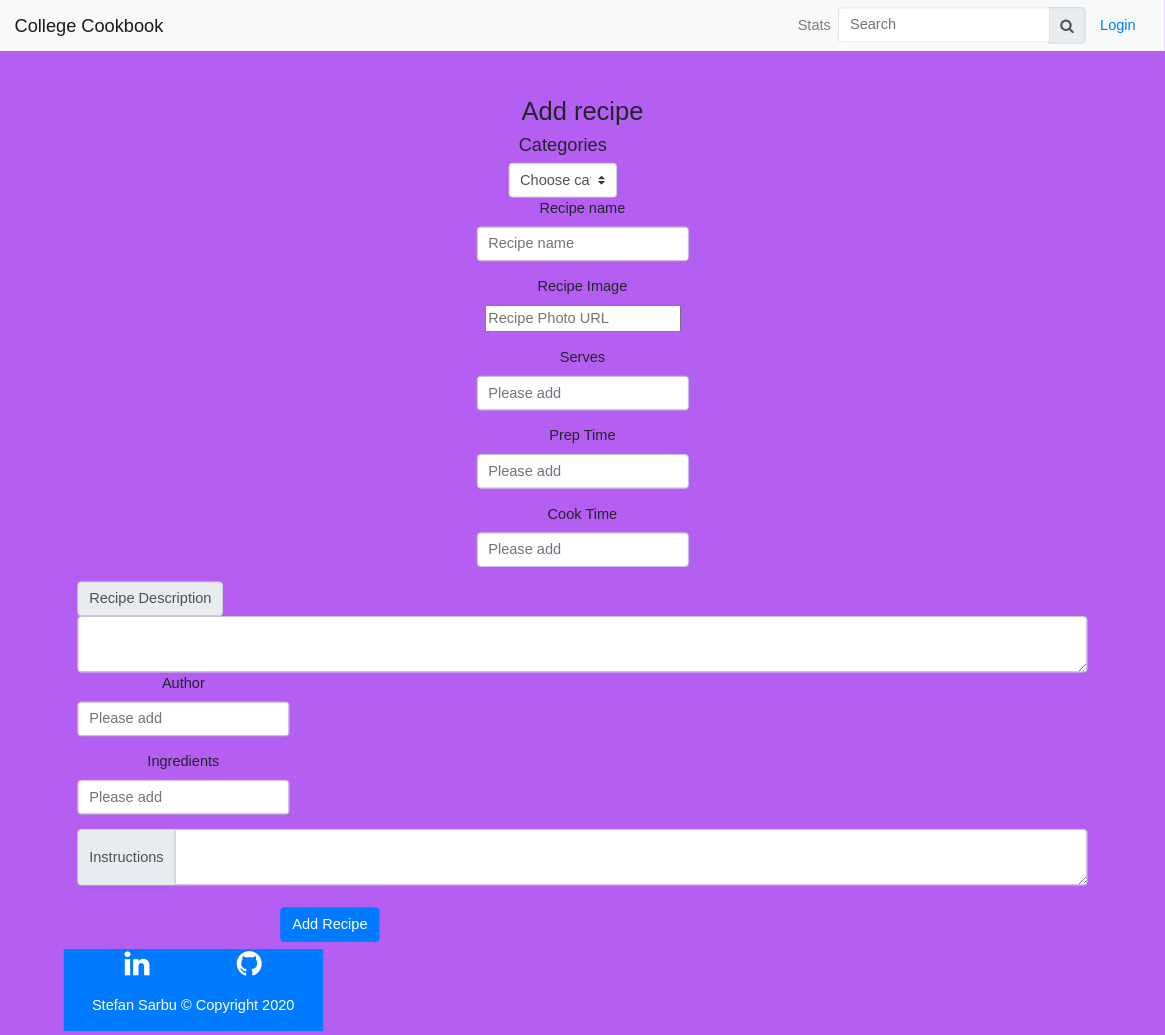
Repository: iiostefanos/college-cookbook
Page: templates/add_recipe.html
The author's editor kept a record of every edit. The page is drawn from the files as they stood at one moment, then again after the next edit.
The browser window is 1280 px wide. The pictures show the whole page, at 91% of full size.
The page is served by the project's application, run on Flask 3 (app.py). The template is opened directly, without the code that normally fills it, so the values that code supplies are empty.

Above is the page before.

After the next edit:
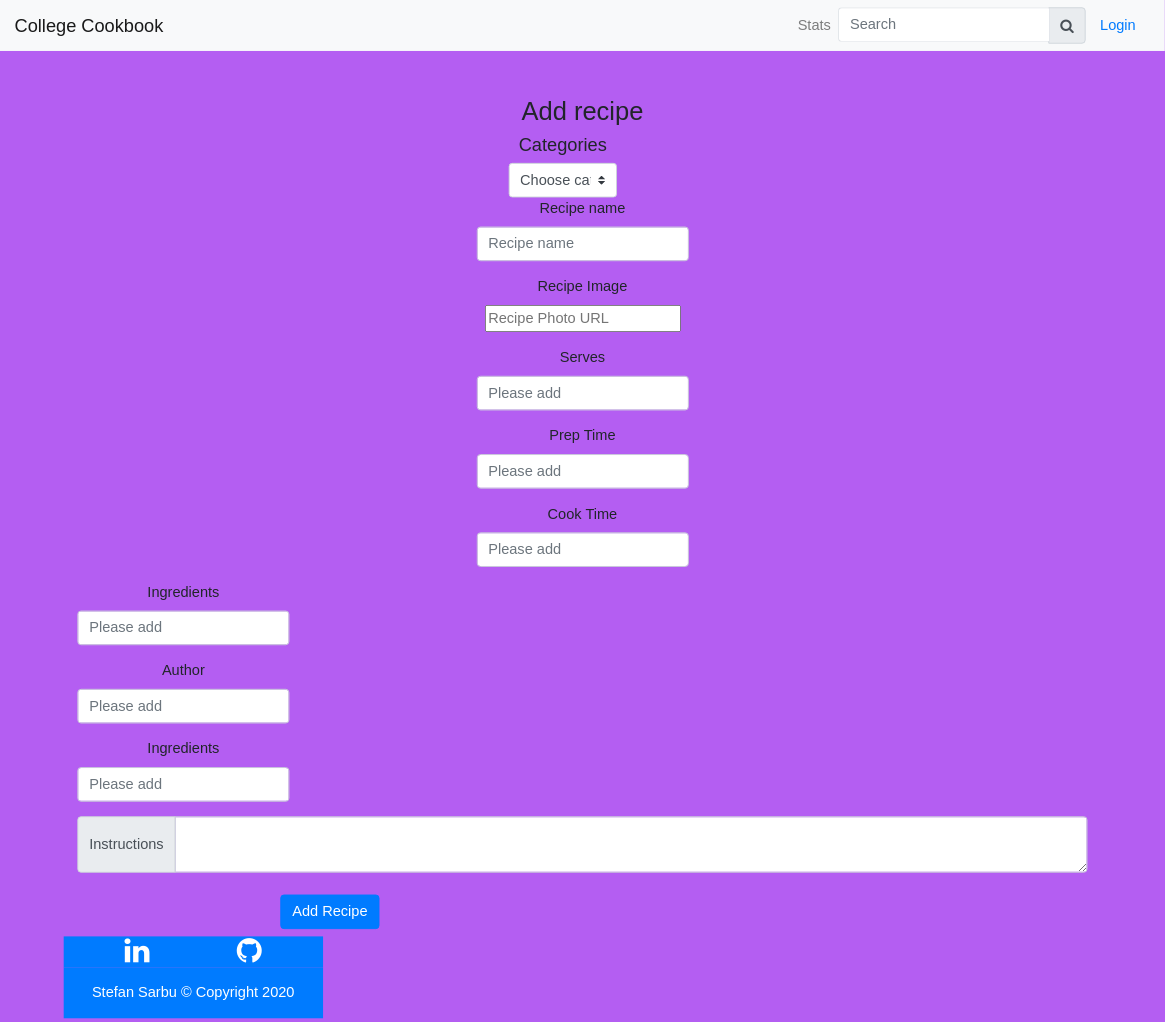
The edit:
--- a/templates/add_recipe.html
+++ b/templates/add_recipe.html
@@ -72,14 +72,13 @@
                 </div>
             </div>
 
-            <!--Recipe decription-->
+            <!--Recipe description-->
             <div class="container-fluid text-center mx-auto">
                 <div class="row">
-
-                    <div class="input-group-prepend">
-                        <span class="input-group-text">Recipe Description</span>
+                    <div class="form-group">
+                        <label for="formGroupExampleInput2">Ingredients</label>
+                        <input type="text" class="form-control" id="Ingredients" name="Ingredients" placeholder="Please add">
                     </div>
-                    <textarea class="form-control" aria-label="Instructions" name="Recipe Description"></textarea>
                 </div>
             </div>
 
